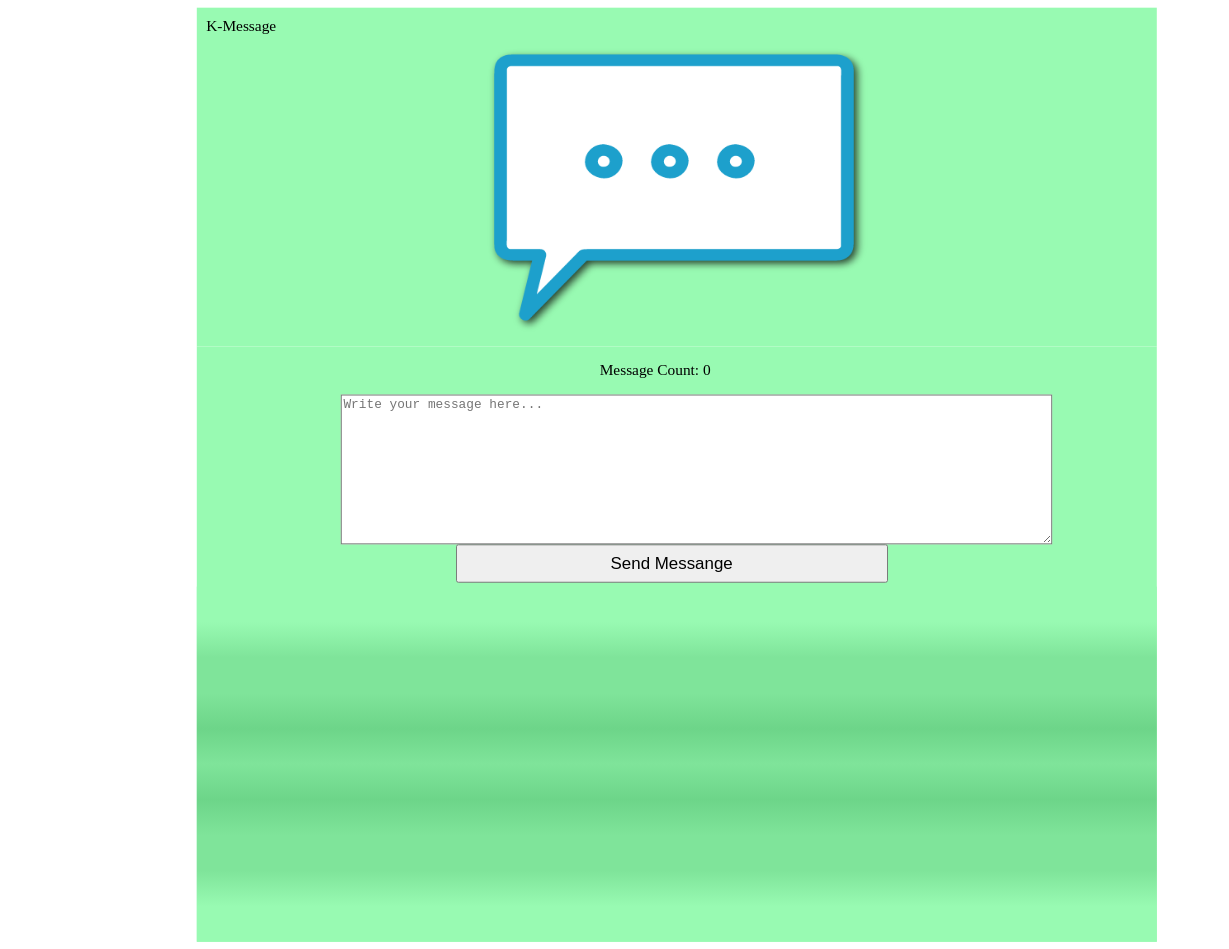
Repository: KevinUd2014/Kn222gn-laborations-Repo-1dv403
Page: 2-labbymezzage/Index.html
The author's editor kept a record of every edit. The page is drawn from the files as they stood at one moment, then again after the next edit.
The browser window is 1280 px wide. The pictures show the whole page, at 96% of full size.

Above is the page before.

### 2-labbymezzage/Index.html
<!DOCTYPE html>
<html lang="sv">
    <head>
            <link rel="stylesheet" href="CssMessage.css" type="text/css" />
            <meta charset="UTF-8" />
            <title>Labby Message</title>
            <link rel="stylesheet" type="text/css" href="CssMessage.css" />
    </head>

    <body>
        <header class="KevinMessage" id="Image">K-Message</header>

    <main>

            <div id="ram">
            <p id="numberOfMessages">Message Count: 0</p>

            <textarea id="textEntry" rows="10" cols="90" placeholder="Write your message here..."></textarea>

            <input id="sendButton" type="submit" value="Send Messange" />

            </div>
            </form>

            <div id="messagesSection">  <!--här i kommer sen komentarerna att sparas!-->
            </div>

    </main>
            <script type="text/javascript" src="Message.js"></script>
            <script type="text/javascript" src="MessageBoard.js"></script>
    </body>
</html>

### 2-labbymezzage/CssMessage.css
body
{
	width:1000px;
	margin-left:16%;
}
header
{
    background-color:#98FAB2;
}
main
{
    background-color:#98FAB2;
}
.KevinMessage
{
    padding:10px 10px;
}


#Image
{
  background-image:url(Pics/Message.png);
  background-size:400px 300px;
  background-position:center 40px;
  background-repeat: no-repeat;
  text-align:left;
  height:333px;
}
#numberOfMessages
{
    float:left;
    margin-left:42%;
}
#ram{
    display: inline-block;
}
#textEntry
{
    float:left;
    background-color:white;
    margin-left:15%;
}

#sendButton
{
    width:45%;
    height:40px;
    font-size:110%;
    float:left;
    margin-left:27%;
}
#messagesSection
{
    overflow-y:scroll;
    min-height:370px;
    height:370px;
    background:linear-gradient(#98FAB2,#98FAB2,#7FE49A,#7FE49A, #6DD589,#7FE49A,#6DD589,#7FE49A, #7FE49A,#98FAB2, #98FAB2);
}
#messagesSection p
{
    word-break:break-all;
    border:solid #98FAB2 2px;
    margin-right:10%;
    padding:7px 7px 7px;
    margin-left:10%;
    min-height:50px;
    background-color:#7FE49A;
}
input
{
}

  ::selection {
  color:#F7F7F7;
  background: #D0458E; /* Denna gör det kompatibelt med WebKit/Blink webläsare så som safari och google! */
  }
  ::-moz-selection {
  color:#F7F7F7;
  background: #D0458E; /* Denna gör koden kompatibell med Gecko webläsare alltså mozilla! */
  }

### 2-labbymezzage/Message.js
"use strict";


    function Message (message, date){

        this.getText = function(){
          return message;
        };

        this.setText = function(_text){
          message = _text;
        };
        this.getDate = function(){
            return date;
        };
        this.setDate = function(_date){
            date = _date;
        };
    }

    Message.prototype.toString = function(){
        return this.getText()+" ("+this.getDate()+")";
    };

    Message.prototype.getHTMLText = function(){
        return this.getText().replace(/[\n\r]/g, "<br/>");
    };

    Message.prototype.getDateText = function(){

    };

### 2-labbymezzage/MessageBoard.js
"use strict";


    var MessageBoard = {

    message: [], // skapar en array! message
    numberOfMessages: 0,// en funktion som ska hålla reda på hr många kommentarer de har skrivits!

    init:function()
    {
         var send = document.getElementById("sendButton"); //skapar här en ny variabel som ska ta omhand om när man trycker på skicka knappen
         send.onclick = MessageBoard.sendMessage;//när man nu trycker på skicka knappen så anropar denna funktionen send message som tar omhand om de skickade meddelnadet!
    },

    sendMessage: function() // skickade meddelande funktionen!
    {
        var entry = document.getElementById("textEntry").value; // skapar nu en ny variabel som innehåller allt som står i text entry rutan och ger detta ett värde med value!
        MessageBoard.message.push(new Message(entry, new Date()));// skapar här ett nytt message som innehåller entry variabeln och ett datum
        //alert(MessageBoard.message[MessageBoard.numberOfMessages]);
        MessageBoard.numberOfMessages++;// plussar här på antalet meddelanden
        document.getElementById("numberOfMessages").innerHTML = "Message Count: " + MessageBoard.numberOfMessages;// länkar här nummer av meddelanden till denna skriver samma text vilket kommer ändras i html documentet!
        var arrayList = MessageBoard.message.length -1; // skapar nu en array som ska innehålla alla meddelanden (vet inte riktigt vad -1 gör!)
        MessageBoard.RenderMessage(arrayList);// skickar nu listan till render message !
    },

    RenderMessage: function(entry)  // tar emot entry variablen
    {
        var textString = document.createElement("p");// skapar en ny variabel och ett element p!
        //document.getElementById("messagesSection").innerHTML = textString + MessageBoard.messages[entry].getHTMLText() + textString;
        textString.innerHTML = MessageBoard.messages[entry].getHTMLText(); //
        alert(textString.innerHTML);
        var funcTion = document.getElementById("messagesSection");
        funcTion.appendChild(textString); // får inte denna att funka!!!!
        funcTion.scrollTop = funcTion.scrollHeight;
    }

};

    /*    var mess = new Message("TestMessage", new Date());
    //alert(mess);  // den här använder toString för utskrift
    console.log(mess.getText());
    //alert(mess.getText());  //Skriver enbart ut texten
    mess.setText("Other Text");
    //alert(mess); //Skriver ut meddelandet med ändrad text
    console.log(mess.getText());
    console.log(mess.getDate());
    MessageBoard.getMessages();*/

    /*getMessages: function(){
        MessageBoard.message.push(new Message("Testar om ", new Date()), new Message("allt går o skriva såhär", new Date()), new Message("Verkar gå bra!", new Date()));

        console.log(MessageBoard.message[0]);
        console.log(MessageBoard.message[2].getText());
    }*/


window.onload = MessageBoard.init;

After the next edit:
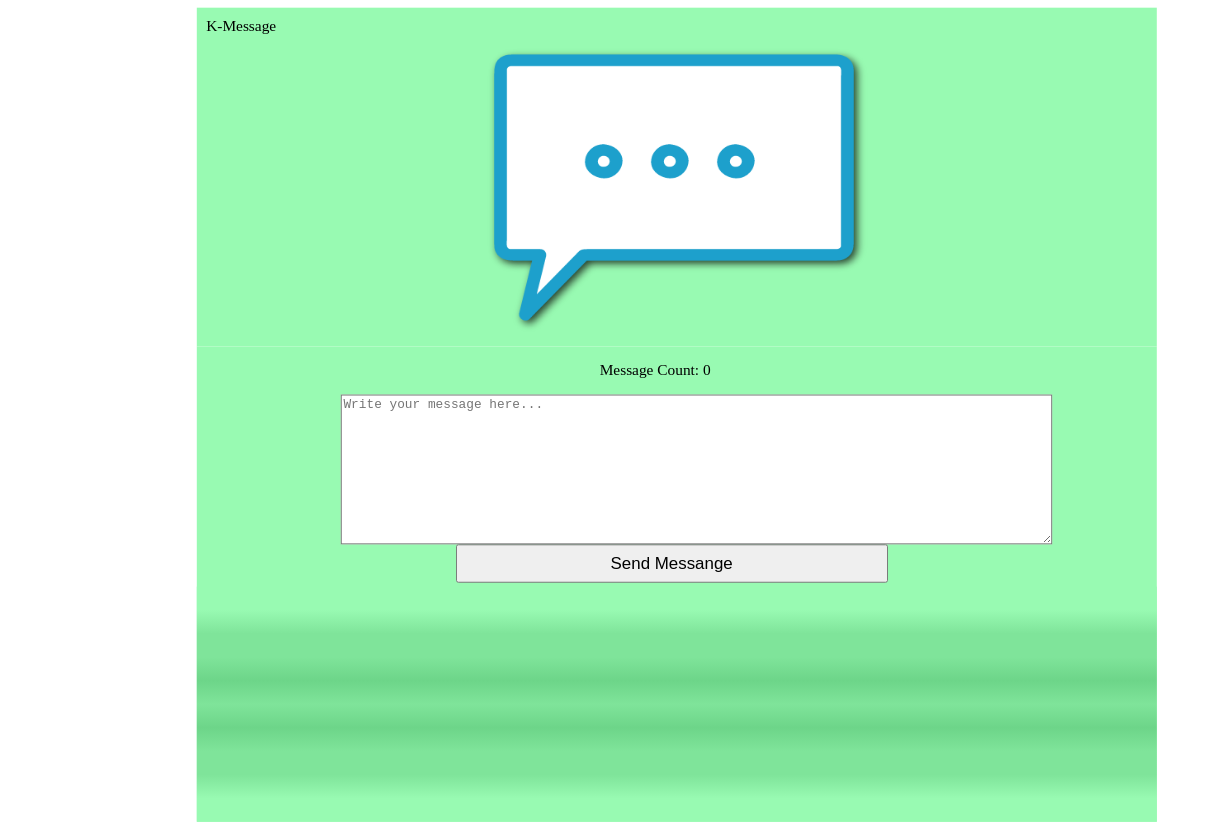
The edit:
--- a/2-labbymezzage/CssMessage.css
+++ b/2-labbymezzage/CssMessage.css
@@ -52,8 +52,8 @@
 #messagesSection
 {
     overflow-y:scroll;
-    min-height:370px;
-    height:370px;
+    min-height:245px;
+    height:245px;
     background:linear-gradient(#98FAB2,#98FAB2,#7FE49A,#7FE49A, #6DD589,#7FE49A,#6DD589,#7FE49A, #7FE49A,#98FAB2, #98FAB2);
 }
 #messagesSection p
